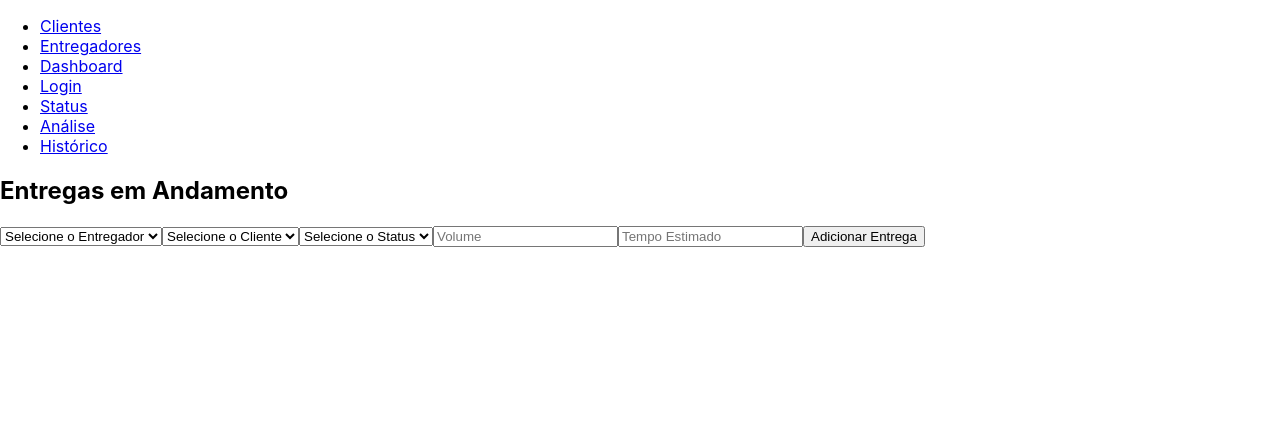
Repository: feliperanon/gestao-entregas
Page: /dashboard (app in frontend/)
The author's editor kept a copy of each file at every save. The page is drawn from the files as they stood at one save, then again after the next save.
The browser window is 1280 px wide. The pictures show the whole page.
The page's requests for data from a server got no answer. The project was rebuilt for these pictures with package versions that can differ from the ones it lists, and the page was loaded fresh each time. No one was signed in, and anything a server would have sent is missing. Also part of the build but not shown: frontend/src/pages/Clientes.js, frontend/src/pages/Entregadores.js, frontend/src/pages/Login.js, frontend/src/pages/Status.js, frontend/src/pages/Analise.js, frontend/src/pages/History.js.

Above is the page before, as saved 2024-06-30 16:28:01.

### frontend/src/App.js
import React from 'react';
import { BrowserRouter as Router, Route, Routes, Link } from 'react-router-dom';
import Clientes from './pages/Clientes';
import Entregadores from './pages/Entregadores';
import Dashboard from './pages/Dashboard';
import Login from './pages/Login';
import Status from './pages/Status';
import Analise from './pages/Analise';
import History from './pages/History';

const App = () => {
  return (
    <Router>
      <div>
        <nav>
          <ul>
            <li>
              <Link to="/clientes">Clientes</Link>
            </li>
            <li>
              <Link to="/entregadores">Entregadores</Link>
            </li>
            <li>
              <Link to="/dashboard">Dashboard</Link>
            </li>
            <li>
              <Link to="/login">Login</Link>
            </li>
            <li>
              <Link to="/status">Status</Link>
            </li>
            <li>
              <Link to="/analise">Análise</Link>
            </li>
            <li>
              <Link to="/history">Histórico</Link>
            </li>
          </ul>
        </nav>
        <Routes>
          <Route path="/clientes" element={<Clientes />} />
          <Route path="/entregadores" element={<Entregadores />} />
          <Route path="/dashboard" element={<Dashboard />} />
          <Route path="/login" element={<Login />} />
          <Route path="/status" element={<Status />} />
          <Route path="/analise" element={<Analise />} />
          <Route path="/history" element={<History />} />
        </Routes>
      </div>
    </Router>
  );
};

export default App;

### frontend/src/pages/Dashboard.js
import React, { useState, useEffect } from 'react';
import api from '../services/api';

const Dashboard = () => {
  const [entregas, setEntregas] = useState([]);
  const [entregadores, setEntregadores] = useState([]);
  const [clientes, setClientes] = useState([]);
  const [statusList, setStatusList] = useState([]);
  const [form, setForm] = useState({ nomeEntregador: '', cliente: '', volume: '', status: 'Em andamento', tempoEstimado: '' });

  useEffect(() => {
    const fetchEntregas = async () => {
      try {
        const token = localStorage.getItem('token');
        const response = await api.get('/entregas', {
          headers: { Authorization: `Bearer ${token}` }
        });
        setEntregas(response.data.filter(entrega => entrega.status === 'Em andamento').map(entrega => ({
          ...entrega,
          tempoDecorrido: calculateTempoDecorrido(entrega.dataInicio)
        })));
      } catch (error) {
        console.error('Error fetching entregas:', error);
      }
    };

    const fetchEntregadores = async () => {
      try {
        const token = localStorage.getItem('token');
        const response = await api.get('/entregadores', {
          headers: { Authorization: `Bearer ${token}` }
        });
        setEntregadores(response.data);
      } catch (error) {
        console.error('Error fetching entregadores:', error);
      }
    };

    const fetchClientes = async () => {
      try {
        const token = localStorage.getItem('token');
        const response = await api.get('/clientes', {
          headers: { Authorization: `Bearer ${token}` }
        });
        setClientes(response.data);
      } catch (error) {
        console.error('Error fetching clientes:', error);
      }
    };

    const fetchStatusList = async () => {
      try {
        const token = localStorage.getItem('token');
        const response = await api.get('/status', {
          headers: { Authorization: `Bearer ${token}` }
        });
        setStatusList(response.data);
      } catch (error) {
        console.error('Error fetching status list:', error);
      }
    };

    fetchEntregas();
    fetchEntregadores();
    fetchClientes();
    fetchStatusList();

    const intervalId = setInterval(() => {
      setEntregas((prevEntregas) =>
        prevEntregas.map((entrega) => ({
          ...entrega,
          tempoDecorrido: calculateTempoDecorrido(entrega.dataInicio)
        }))
      );
    }, 60000); // Atualiza a cada minuto

    return () => clearInterval(intervalId); // Limpa o intervalo quando o componente desmonta
  }, []);

  const calculateTempoDecorrido = (dataInicio) => {
    const now = new Date();
    const inicio = new Date(dataInicio);
    const diffInMinutes = Math.floor((now - inicio) / 60000); // Calcula a diferença em minutos
    return diffInMinutes;
  };

  const handleChange = (e) => {
    setForm({ ...form, [e.target.name]: e.target.value });
  };

  const handleSubmit = async (e) => {
    e.preventDefault();
    try {
      const entregadorExistente = entregas.find(entrega => entrega.nomeEntregador === form.nomeEntregador);
      if (entregadorExistente) {
        alert('O entregador já está em uma rotina de entrega.');
        return;
      }

      const token = localStorage.getItem('token');
      const novaEntrega = {
        ...form,
        dataInicio: new Date().toISOString() // Adiciona a data e hora de início
      };
      const response = await api.post('/entregas', novaEntrega, {
        headers: { Authorization: `Bearer ${token}` }
      });
      setEntregas([...entregas, { ...response.data, tempoDecorrido: calculateTempoDecorrido(response.data.dataInicio) }]);
      setForm({ nomeEntregador: '', cliente: '', volume: '', status: 'Em andamento', tempoEstimado: '' });
    } catch (error) {
      console.error('Error adding entrega:', error);
    }
  };

  const handleFinalize = async (id) => {
    try {
      const token = localStorage.getItem('token');
      await api.put(`/entregas/${id}`, { status: 'Finalizada' }, {
        headers: { Authorization: `Bearer ${token}` }
      });
      setEntregas(entregas.filter(entrega => entrega._id !== id));
    } catch (error) {
      console.error('Error finalizing entrega:', error);
    }
  };

  const handleDelete = async (id) => {
    try {
      const token = localStorage.getItem('token');
      await api.delete(`/entregas/${id}`, {
        headers: { Authorization: `Bearer ${token}` }
      });
      setEntregas(entregas.filter(entrega => entrega._id !== id));
    } catch (error) {
      console.error('Error deleting entrega:', error);
    }
  };

  return (
    <div>
      <h2>Entregas em Andamento</h2>
      <form onSubmit={handleSubmit}>
        <select name="nomeEntregador" value={form.nomeEntregador} onChange={handleChange} required>
          <option value="">Selecione o Entregador</option>
          {entregadores.map((entregador) => (
            <option key={entregador._id} value={entregador.nome}>{entregador.nome}</option>
          ))}
        </select>
        <select name="cliente" value={form.cliente} onChange={handleChange} required>
          <option value="">Selecione o Cliente</option>
          {clientes.map((cliente) => (
            <option key={cliente._id} value={cliente.nome}>{cliente.nome}</option>
          ))}
        </select>
        <select name="status" value={form.status} onChange={handleChange} required>
          <option value="">Selecione o Status</option>
          {statusList.map((status) => (
            <option key={status._id} value={status.nome}>{status.nome}</option>
          ))}
        </select>
        <input name="volume" value={form.volume} onChange={handleChange} placeholder="Volume" required />
        <input name="tempoEstimado" value={form.tempoEstimado} onChange={handleChange} placeholder="Tempo Estimado" required />
        <button type="submit">Adicionar Entrega</button>
      </form>
      <ul>
        {entregas.map((entrega) => (
          <li key={entrega._id}>
            <span>{entrega.nomeEntregador} - {entrega.cliente} - {entrega.volume} - {entrega.status} - {entrega.tempoEstimado} minutos - Tempo Em Andamento: {entrega.tempoDecorrido} minutos</span>
            <button onClick={() => handleFinalize(entrega._id)}>Finalizar Entrega</button>
            <button onClick={() => handleDelete(entrega._id)}>Excluir Entrega</button>
          </li>
        ))}
      </ul>
    </div>
  );
};

export default Dashboard;

### frontend/src/services/api.js
import axios from 'axios';

const api = axios.create({
  baseURL: 'http://localhost:5003'
});

export default api;

Loaded but not shown: frontend/public/index.html (common file); frontend/src/index.js (common file); frontend/src/index.css (common file); frontend/src/reportWebVitals.js (common file)

After the next save:
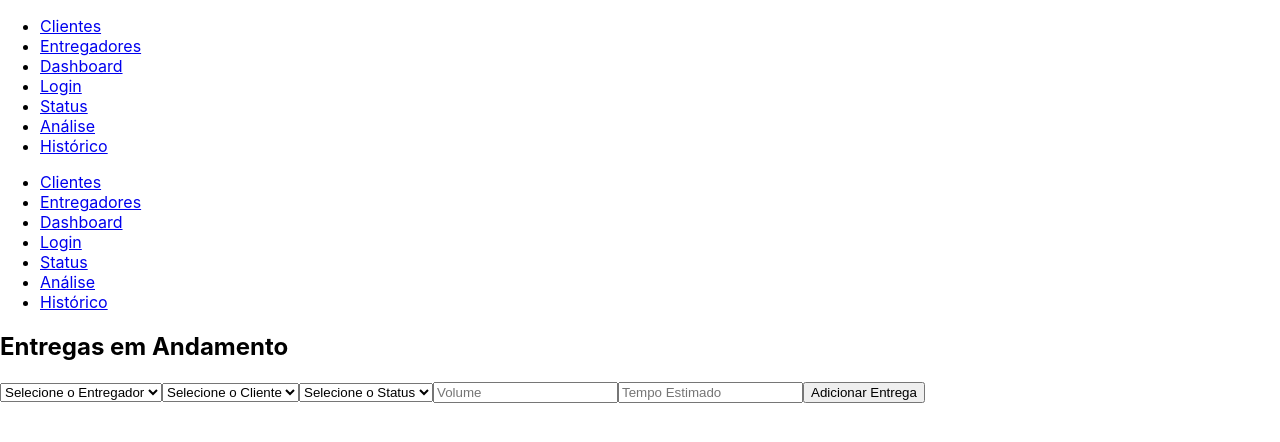
Saved 13 s later.
--- a/frontend/src/pages/Dashboard.js
+++ b/frontend/src/pages/Dashboard.js
@@ -1,20 +1,15 @@
 import React, { useState, useEffect } from 'react';
+import { Link } from 'react-router-dom';
 import api from '../services/api';
 
 const Dashboard = () => {
   const [entregas, setEntregas] = useState([]);
-  const [entregadores, setEntregadores] = useState([]);
-  const [clientes, setClientes] = useState([]);
-  const [statusList, setStatusList] = useState([]);
   const [form, setForm] = useState({ nomeEntregador: '', cliente: '', volume: '', status: 'Em andamento', tempoEstimado: '' });
 
   useEffect(() => {
     const fetchEntregas = async () => {
       try {
-        const token = localStorage.getItem('token');
-        const response = await api.get('/entregas', {
-          headers: { Authorization: `Bearer ${token}` }
-        });
+        const response = await api.get('/entregas');
         setEntregas(response.data.filter(entrega => entrega.status === 'Em andamento').map(entrega => ({
           ...entrega,
           tempoDecorrido: calculateTempoDecorrido(entrega.dataInicio)
@@ -24,47 +19,7 @@
       }
     };
 
-    const fetchEntregadores = async () => {
-      try {
-        const token = localStorage.getItem('token');
-        const response = await api.get('/entregadores', {
-          headers: { Authorization: `Bearer ${token}` }
-        });
-        setEntregadores(response.data);
-      } catch (error) {
-        console.error('Error fetching entregadores:', error);
-      }
-    };
-
-    const fetchClientes = async () => {
-      try {
-        const token = localStorage.getItem('token');
-        const response = await api.get('/clientes', {
-          headers: { Authorization: `Bearer ${token}` }
-        });
-        setClientes(response.data);
-      } catch (error) {
-        console.error('Error fetching clientes:', error);
-      }
-    };
-
-    const fetchStatusList = async () => {
-      try {
-        const token = localStorage.getItem('token');
-        const response = await api.get('/status', {
-          headers: { Authorization: `Bearer ${token}` }
-        });
-        setStatusList(response.data);
-      } catch (error) {
-        console.error('Error fetching status list:', error);
-      }
-    };
-
     fetchEntregas();
-    fetchEntregadores();
-    fetchClientes();
-    fetchStatusList();
-
     const intervalId = setInterval(() => {
       setEntregas((prevEntregas) =>
         prevEntregas.map((entrega) => ({
@@ -97,14 +52,11 @@
         return;
       }
 
-      const token = localStorage.getItem('token');
       const novaEntrega = {
         ...form,
         dataInicio: new Date().toISOString() // Adiciona a data e hora de início
       };
-      const response = await api.post('/entregas', novaEntrega, {
-        headers: { Authorization: `Bearer ${token}` }
-      });
+      const response = await api.post('/entregas', novaEntrega);
       setEntregas([...entregas, { ...response.data, tempoDecorrido: calculateTempoDecorrido(response.data.dataInicio) }]);
       setForm({ nomeEntregador: '', cliente: '', volume: '', status: 'Em andamento', tempoEstimado: '' });
     } catch (error) {
@@ -114,10 +66,7 @@
 
   const handleFinalize = async (id) => {
     try {
-      const token = localStorage.getItem('token');
-      await api.put(`/entregas/${id}`, { status: 'Finalizada' }, {
-        headers: { Authorization: `Bearer ${token}` }
-      });
+      await api.put(`/entregas/${id}`, { status: 'Finalizada' });
       setEntregas(entregas.filter(entrega => entrega._id !== id));
     } catch (error) {
       console.error('Error finalizing entrega:', error);
@@ -126,10 +75,7 @@
 
   const handleDelete = async (id) => {
     try {
-      const token = localStorage.getItem('token');
-      await api.delete(`/entregas/${id}`, {
-        headers: { Authorization: `Bearer ${token}` }
-      });
+      await api.delete(`/entregas/${id}`);
       setEntregas(entregas.filter(entrega => entrega._id !== id));
     } catch (error) {
       console.error('Error deleting entrega:', error);
@@ -138,25 +84,44 @@
 
   return (
     <div>
+      <nav>
+        <ul>
+          <li>
+            <Link to="/clientes">Clientes</Link>
+          </li>
+          <li>
+            <Link to="/entregadores">Entregadores</Link>
+          </li>
+          <li>
+            <Link to="/dashboard">Dashboard</Link>
+          </li>
+          <li>
+            <Link to="/login">Login</Link>
+          </li>
+          <li>
+            <Link to="/status">Status</Link>
+          </li>
+          <li>
+            <Link to="/analise">Análise</Link>
+          </li>
+          <li>
+            <Link to="/history">Histórico</Link>
+          </li>
+        </ul>
+      </nav>
       <h2>Entregas em Andamento</h2>
       <form onSubmit={handleSubmit}>
         <select name="nomeEntregador" value={form.nomeEntregador} onChange={handleChange} required>
           <option value="">Selecione o Entregador</option>
-          {entregadores.map((entregador) => (
-            <option key={entregador._id} value={entregador.nome}>{entregador.nome}</option>
-          ))}
+          {/* Adicione as opções dos entregadores aqui */}
         </select>
         <select name="cliente" value={form.cliente} onChange={handleChange} required>
           <option value="">Selecione o Cliente</option>
-          {clientes.map((cliente) => (
-            <option key={cliente._id} value={cliente.nome}>{cliente.nome}</option>
-          ))}
+          {/* Adicione as opções dos clientes aqui */}
         </select>
         <select name="status" value={form.status} onChange={handleChange} required>
           <option value="">Selecione o Status</option>
-          {statusList.map((status) => (
-            <option key={status._id} value={status.nome}>{status.nome}</option>
-          ))}
+          {/* Adicione as opções de status aqui */}
         </select>
         <input name="volume" value={form.volume} onChange={handleChange} placeholder="Volume" required />
         <input name="tempoEstimado" value={form.tempoEstimado} onChange={handleChange} placeholder="Tempo Estimado" required />

After the save that followed:
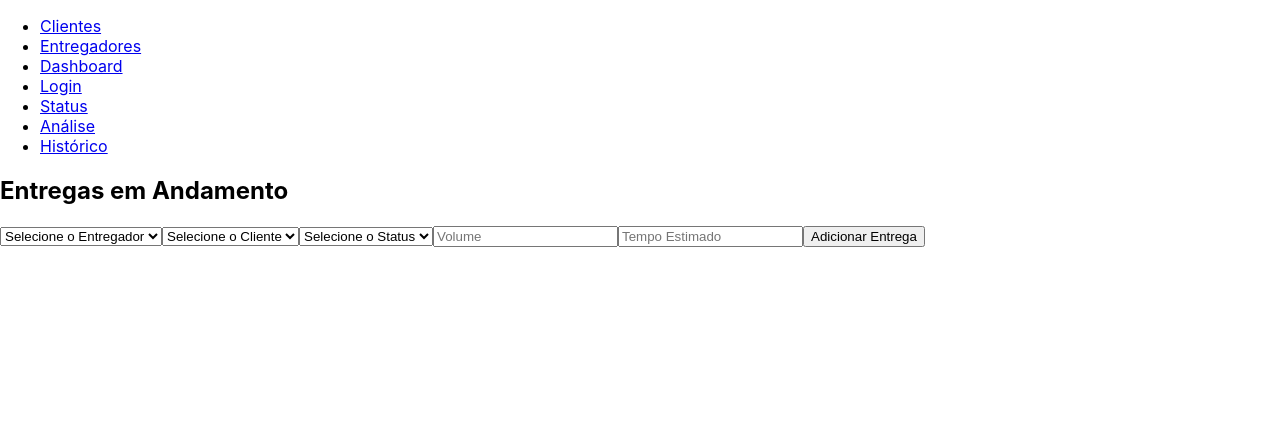
Saved 10 s later.
--- a/frontend/src/pages/Dashboard.js
+++ b/frontend/src/pages/Dashboard.js
@@ -1,15 +1,20 @@
 import React, { useState, useEffect } from 'react';
-import { Link } from 'react-router-dom';
 import api from '../services/api';
 
 const Dashboard = () => {
   const [entregas, setEntregas] = useState([]);
+  const [entregadores, setEntregadores] = useState([]);
+  const [clientes, setClientes] = useState([]);
+  const [statusList, setStatusList] = useState([]);
   const [form, setForm] = useState({ nomeEntregador: '', cliente: '', volume: '', status: 'Em andamento', tempoEstimado: '' });
 
   useEffect(() => {
     const fetchEntregas = async () => {
       try {
-        const response = await api.get('/entregas');
+        const token = localStorage.getItem('token');
+        const response = await api.get('/entregas', {
+          headers: { Authorization: `Bearer ${token}` }
+        });
         setEntregas(response.data.filter(entrega => entrega.status === 'Em andamento').map(entrega => ({
           ...entrega,
           tempoDecorrido: calculateTempoDecorrido(entrega.dataInicio)
@@ -19,7 +24,47 @@
       }
     };
 
+    const fetchEntregadores = async () => {
+      try {
+        const token = localStorage.getItem('token');
+        const response = await api.get('/entregadores', {
+          headers: { Authorization: `Bearer ${token}` }
+        });
+        setEntregadores(response.data);
+      } catch (error) {
+        console.error('Error fetching entregadores:', error);
+      }
+    };
+
+    const fetchClientes = async () => {
+      try {
+        const token = localStorage.getItem('token');
+        const response = await api.get('/clientes', {
+          headers: { Authorization: `Bearer ${token}` }
+        });
+        setClientes(response.data);
+      } catch (error) {
+        console.error('Error fetching clientes:', error);
+      }
+    };
+
+    const fetchStatusList = async () => {
+      try {
+        const token = localStorage.getItem('token');
+        const response = await api.get('/status', {
+          headers: { Authorization: `Bearer ${token}` }
+        });
+        setStatusList(response.data);
+      } catch (error) {
+        console.error('Error fetching status list:', error);
+      }
+    };
+
     fetchEntregas();
+    fetchEntregadores();
+    fetchClientes();
+    fetchStatusList();
+
     const intervalId = setInterval(() => {
       setEntregas((prevEntregas) =>
         prevEntregas.map((entrega) => ({
@@ -52,11 +97,14 @@
         return;
       }
 
+      const token = localStorage.getItem('token');
       const novaEntrega = {
         ...form,
         dataInicio: new Date().toISOString() // Adiciona a data e hora de início
       };
-      const response = await api.post('/entregas', novaEntrega);
+      const response = await api.post('/entregas', novaEntrega, {
+        headers: { Authorization: `Bearer ${token}` }
+      });
       setEntregas([...entregas, { ...response.data, tempoDecorrido: calculateTempoDecorrido(response.data.dataInicio) }]);
       setForm({ nomeEntregador: '', cliente: '', volume: '', status: 'Em andamento', tempoEstimado: '' });
     } catch (error) {
@@ -66,7 +114,10 @@
 
   const handleFinalize = async (id) => {
     try {
-      await api.put(`/entregas/${id}`, { status: 'Finalizada' });
+      const token = localStorage.getItem('token');
+      await api.put(`/entregas/${id}`, { status: 'Finalizada' }, {
+        headers: { Authorization: `Bearer ${token}` }
+      });
       setEntregas(entregas.filter(entrega => entrega._id !== id));
     } catch (error) {
       console.error('Error finalizing entrega:', error);
@@ -75,7 +126,10 @@
 
   const handleDelete = async (id) => {
     try {
-      await api.delete(`/entregas/${id}`);
+      const token = localStorage.getItem('token');
+      await api.delete(`/entregas/${id}`, {
+        headers: { Authorization: `Bearer ${token}` }
+      });
       setEntregas(entregas.filter(entrega => entrega._id !== id));
     } catch (error) {
       console.error('Error deleting entrega:', error);
@@ -84,44 +138,25 @@
 
   return (
     <div>
-      <nav>
-        <ul>
-          <li>
-            <Link to="/clientes">Clientes</Link>
-          </li>
-          <li>
-            <Link to="/entregadores">Entregadores</Link>
-          </li>
-          <li>
-            <Link to="/dashboard">Dashboard</Link>
-          </li>
-          <li>
-            <Link to="/login">Login</Link>
-          </li>
-          <li>
-            <Link to="/status">Status</Link>
-          </li>
-          <li>
-            <Link to="/analise">Análise</Link>
-          </li>
-          <li>
-            <Link to="/history">Histórico</Link>
-          </li>
-        </ul>
-      </nav>
       <h2>Entregas em Andamento</h2>
       <form onSubmit={handleSubmit}>
         <select name="nomeEntregador" value={form.nomeEntregador} onChange={handleChange} required>
           <option value="">Selecione o Entregador</option>
-          {/* Adicione as opções dos entregadores aqui */}
+          {entregadores.map((entregador) => (
+            <option key={entregador._id} value={entregador.nome}>{entregador.nome}</option>
+          ))}
         </select>
         <select name="cliente" value={form.cliente} onChange={handleChange} required>
           <option value="">Selecione o Cliente</option>
-          {/* Adicione as opções dos clientes aqui */}
+          {clientes.map((cliente) => (
+            <option key={cliente._id} value={cliente.nome}>{cliente.nome}</option>
+          ))}
         </select>
         <select name="status" value={form.status} onChange={handleChange} required>
           <option value="">Selecione o Status</option>
-          {/* Adicione as opções de status aqui */}
+          {statusList.map((status) => (
+            <option key={status._id} value={status.nome}>{status.nome}</option>
+          ))}
         </select>
         <input name="volume" value={form.volume} onChange={handleChange} placeholder="Volume" required />
         <input name="tempoEstimado" value={form.tempoEstimado} onChange={handleChange} placeholder="Tempo Estimado" required />
